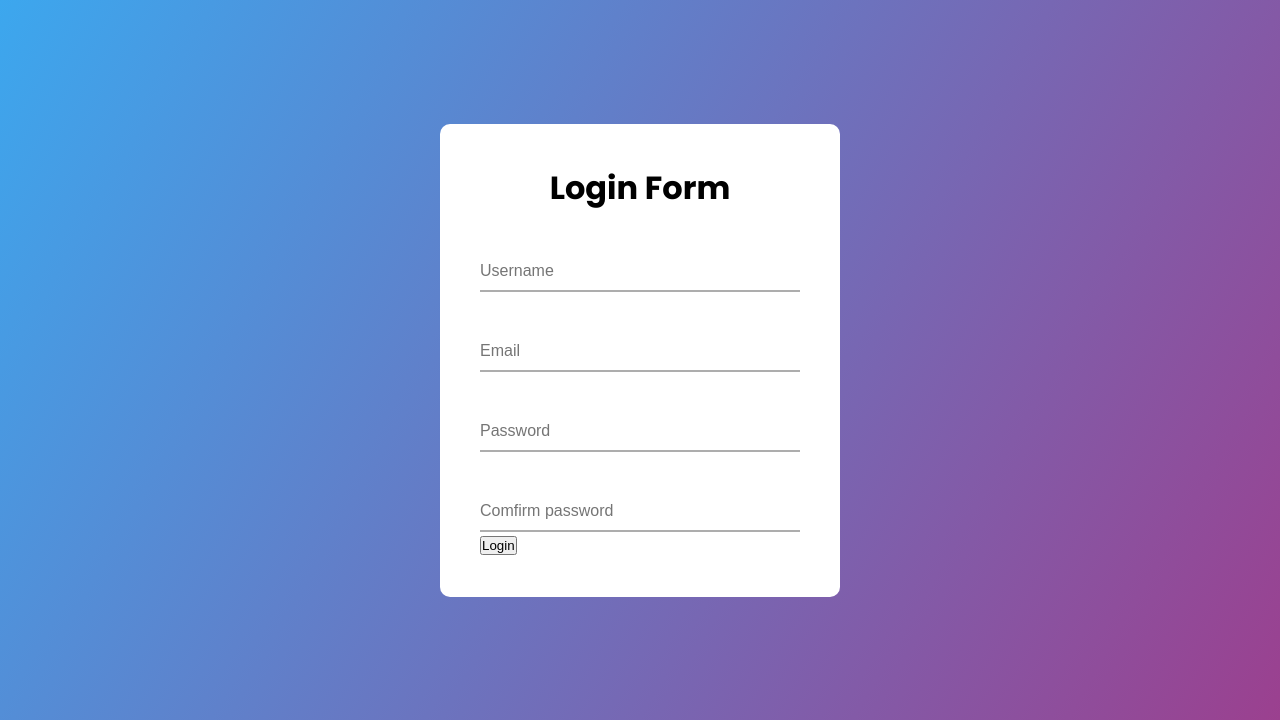
Repository: QUANGTHAI2003/Form-Validation
Page: index.html
An editor plug-in stored every save of this project. The page is shown before and after the next save, followed by the edit.
The browser window is 1280 px wide. The pictures show the whole page.

Above is the page before, as saved 2022-03-13 14:24:43.

### index.html
<!DOCTYPE html>
<html lang="en">
    <head>
        <meta charset="UTF-8" />
        <meta http-equiv="X-UA-Compatible" content="IE=edge" />
        <meta name="viewport" content="width=device-width, initial-scale=1.0" />
        <title>Document</title>
        <link rel="stylesheet" href="./style.css" />
    </head>
    <body>
        <div class="container">
            <h1>Login Form</h1>
            <div class="form-control">
                <input type="text" placeholder="Username" />
                <small></small>
                <span></span>
            </div>
            <div class="form-control">
                <input type="email" placeholder="Email" />
                <small></small>
                <span></span>
            </div>
            <div class="form-control">
                <input type="password" placeholder="Password" />
                <small></small>
                <span></span>
            </div>
            <div class="form-control">
                <input type="password" placeholder="Comfirm password" />
                <small></small>
                <span></span>
            </div>
            <button type="submit" class="btn-submit">Login</button>
        </div>
        <script src="./app.js"></script>
    </body>
</html>

### style.css
@import url('https://fonts.googleapis.com/css2?family=Poppins:wght@300;400;500;600;700&display=swap');

:root {
    --success-color: #2691d9;
    --error-color: #e74c3c;
}

* {
    margin: 0;
    padding: 0;
    box-sizing: border-box;
}

body {
    height: 100vh;
    background: linear-gradient(120deg, #3ca7ee, #9b408f);
    overflow: hidden;
    font-family: 'Poppins';
    display: flex;
    justify-content: center;
    align-items: center;
}

.container {
    width: 400px;
    border: none;
    border-radius: 10px;
    background: #fff;
    padding: 40px;
}

.container h1 {
    text-align: center;
}

.form-control {
    width: 100%;
    position: relative;
    margin-top: 40px;
}

.form-control input {
    width: 100%;
    height: 40px;
    font-size: 16px;
    border: none;
    outline: none;
    border-bottom: 2px solid #adadad;
}

.form-control span {
    position: absolute;
    border-bottom: 3px solid var(--success-color);
    top: 38px;
    left: 0;
    right: 0;
    width: 0%;
    transition: 0.6s;
}

.form-control input:focus~span {
    width: 100%;
}

.form-control.error small {
    color: var(--error-color);
}

.form-control.error input {
    border-bottom: 2px solid var(--error-color);
}

Loaded but not shown: app.js (no copy from this time; the picture is the same without it)

After the next save:
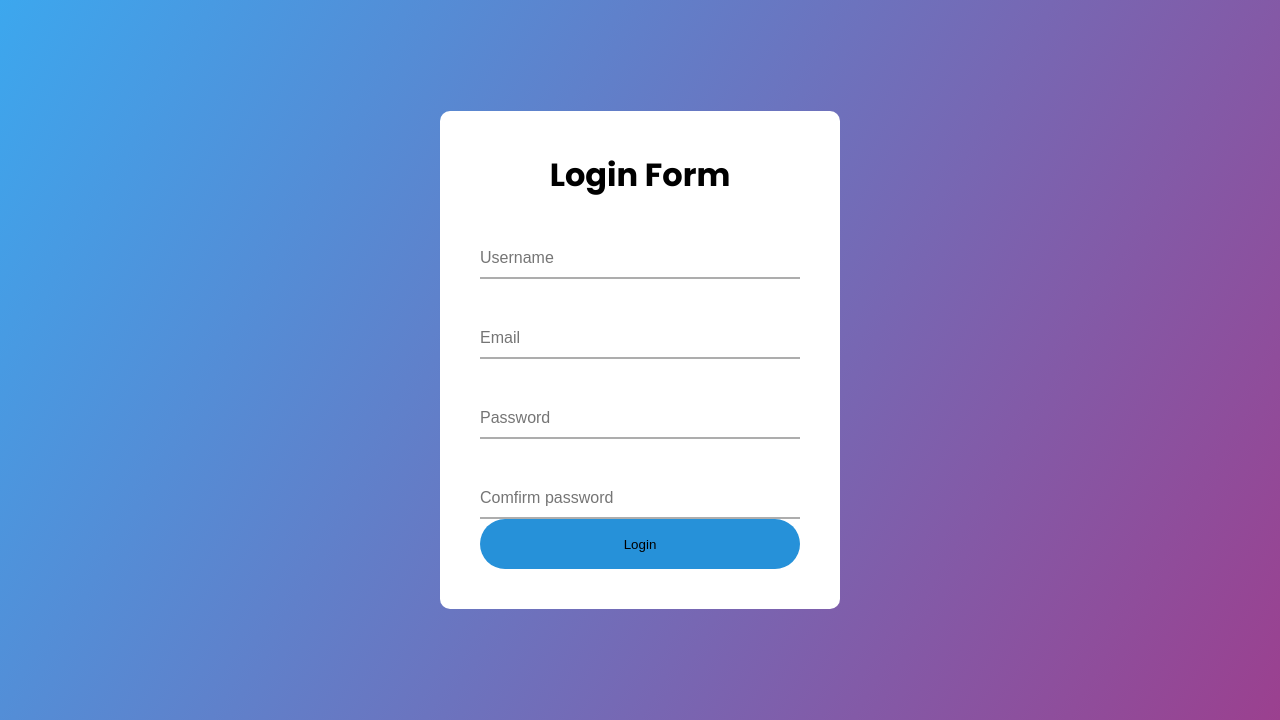
Saved 5 min 59 s later.
--- a/style.css
+++ b/style.css
@@ -69,3 +69,12 @@ body {
 .form-control.error input {
     border-bottom: 2px solid var(--error-color);
 }
+
+.btn-submit {
+    width: 100%;
+    height: 50px;
+    border-radius: 25px;
+    border: none;
+    outline: none;
+    background: var(--success-color);
+}
